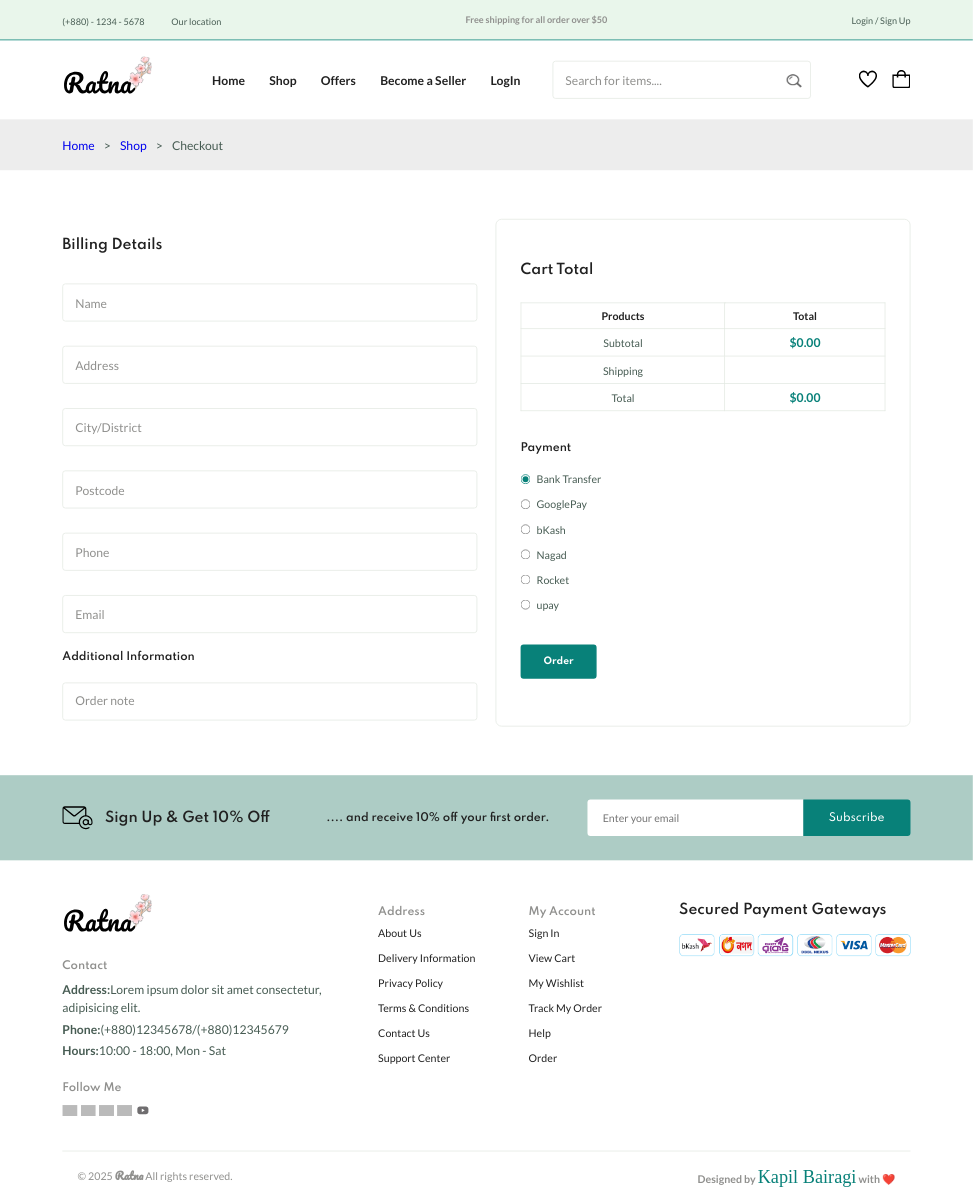
Repository: kapilbairagi/my-ecommerce-website
Page: public/checkout.html
An editor plug-in stored every save of this project. The page is shown before and after the next save, followed by the edit.
The browser window is 1280 px wide. The pictures show the whole page, at 76% of full size.
Pictures or frames that could not be fetched are drawn as grey boxes. Some web fonts or font styles are not loaded; a fallback is used.

Above is the page before, as saved 2025-10-16 22:01:47.
Console error: TypeError: Cannot read properties of null (reading 'addEventListener')

After the next save:
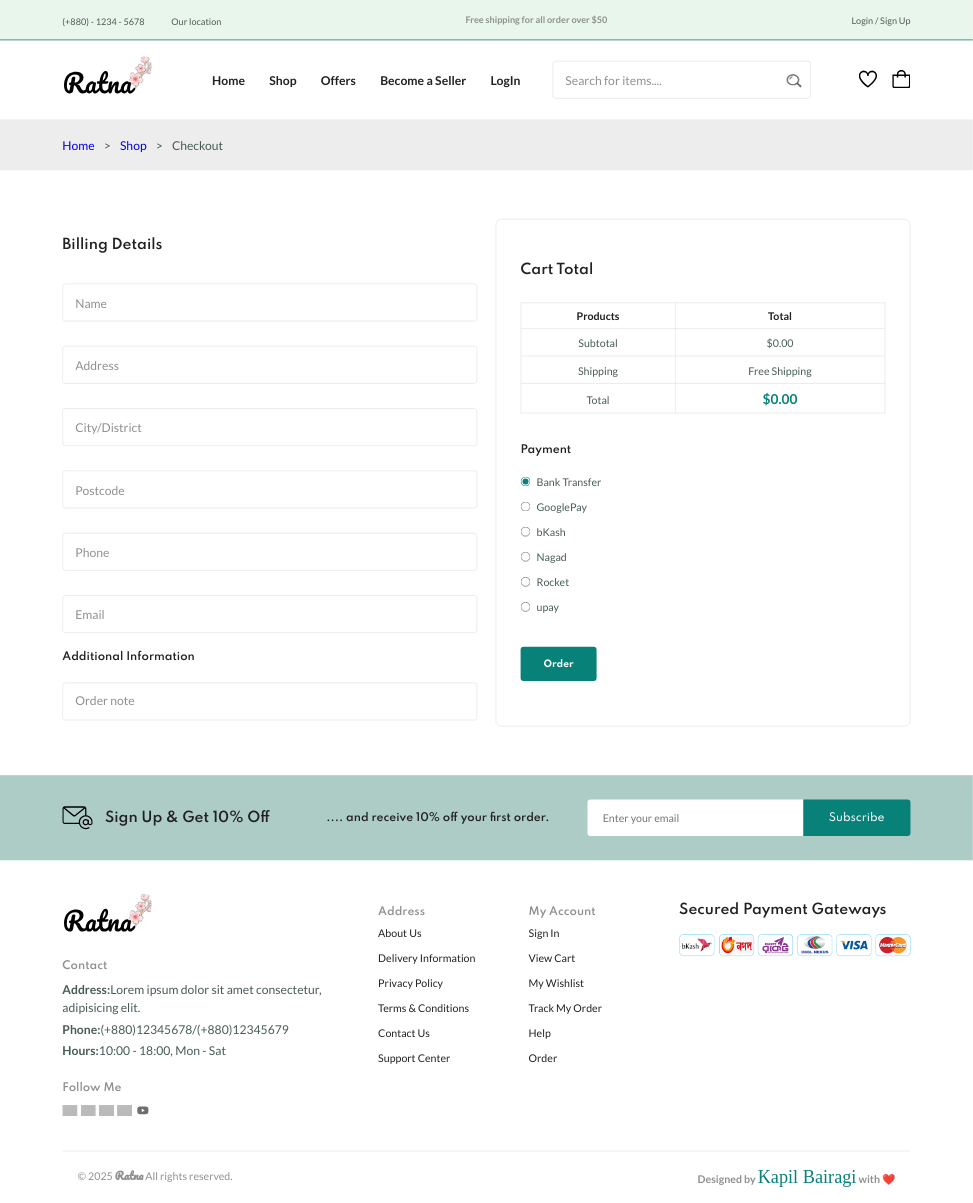
Saved 23 s later.
--- a/public/checkout.html
+++ b/public/checkout.html
@@ -147,15 +147,15 @@
               <tfoot>
                 <tr>
                   <td><span class="order__subtitle">Subtotal</span></td>
-                  <td colspan="2"><span class="cart__total-price">$0.00</span></td>
+                  <td colspan="2"><span class="table__price" id="checkout-subtotal">$0.00</span></td>
                 </tr>
                 <tr>
                   <td><span class="order__subtitle">Shipping</span></td>
-                  <td colspan="2"><span class="cart__total-price"></span></td>
+                  <td colspan="2"><span class="table__price" id="checkout-shipping"></span></td>
                 </tr>
                 <tr>
                   <td><span class="order__subtitle">Total</span></td>
-                  <td colspan="2"><span class="cart__total-price">$0.00</span></td>
+                  <td colspan="2"><span class="order__grand-total" id="checkout-total">$0.00</span></td>
                 </tr>
               </tfoot>
             </table>
